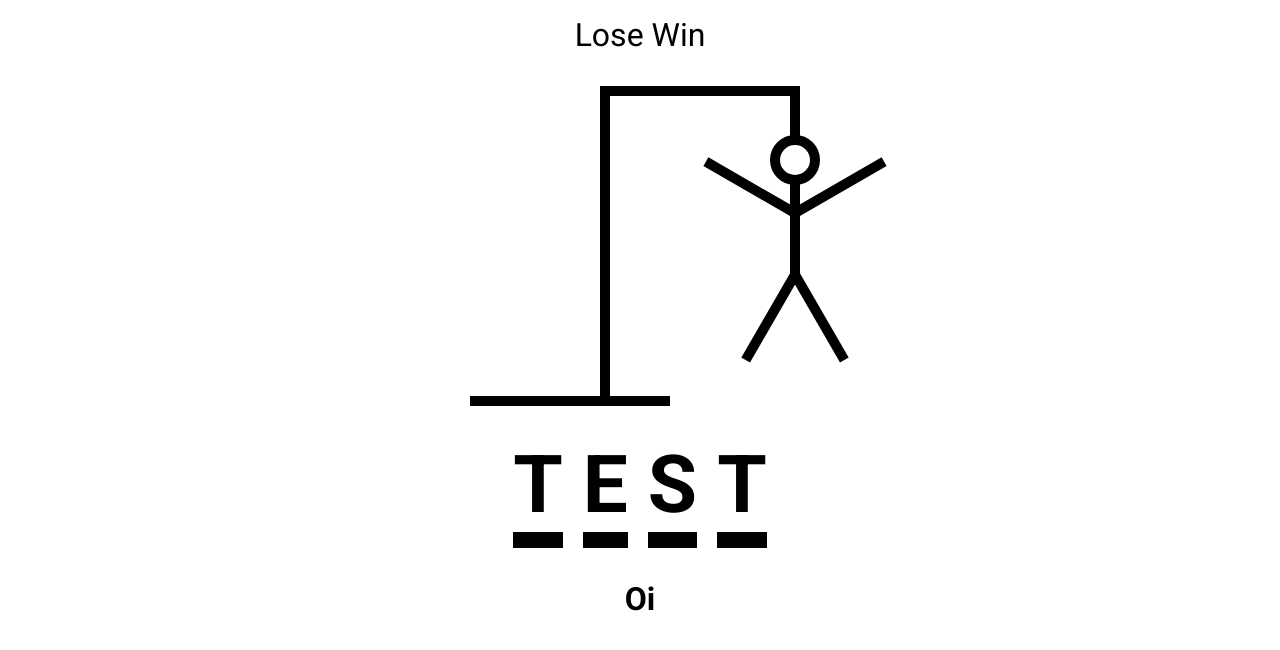
Repository: guilhermecardoso93/jogodaforca
Page: /
These files come from the project's save history. The page is drawn as it stood at one moment and after a run of saves; the edit follows.
The browser window is 1280 px wide. The pictures show the whole page.
The project was rebuilt for these pictures with package versions that can differ from the ones it lists, and the page was loaded fresh each time. Also part of the build but not shown: vite.config.ts.

Above is the page before, as saved 2022-12-06 21:16:56.

After the next 4 saves:
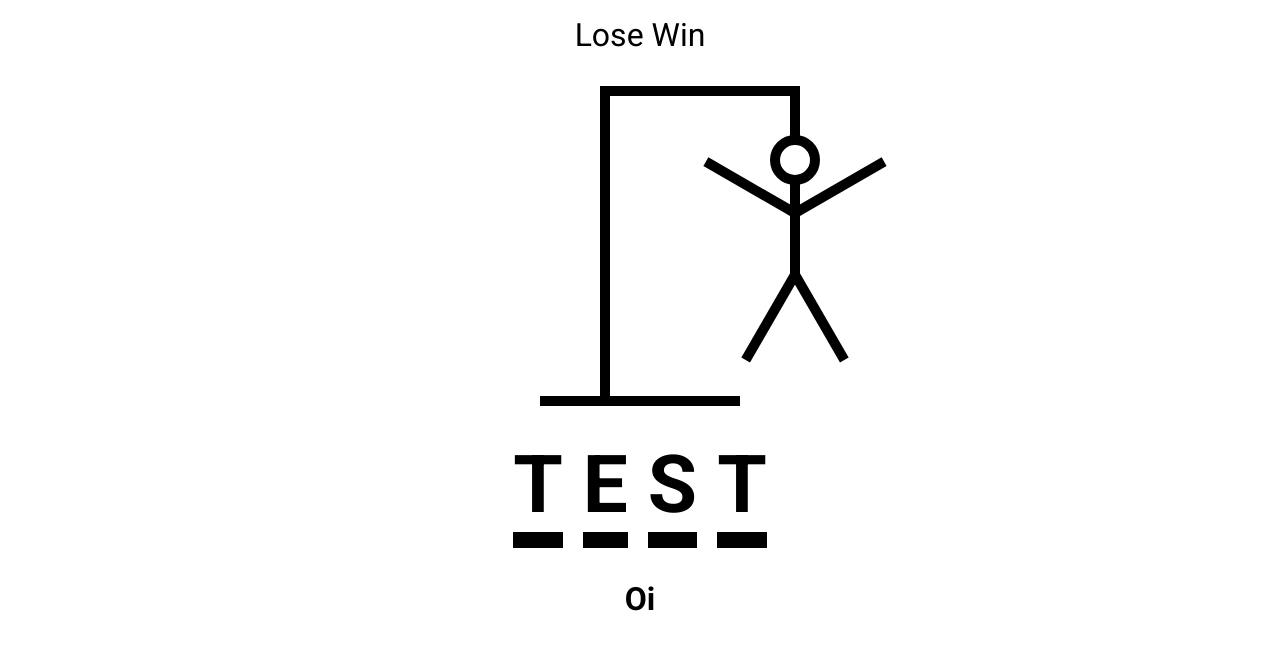
The 4 saves are shown as one change because they came seconds apart.
The last was saved 13 s later.
--- a/src/components/HangmanDrawing.tsx
+++ b/src/components/HangmanDrawing.tsx
@@ -121,7 +121,7 @@ export function HangmanDrawing() {
           marginLeft: "120px",
         }}
       />
-      <div style={{ height: "10px", width: "200px", marginLeft: '-10px', background: "black" }} />
+      <div style={{ height: "10px", width: "200px", marginLeft: '60px', background: "black" }} />
     </div>
   );
 }
